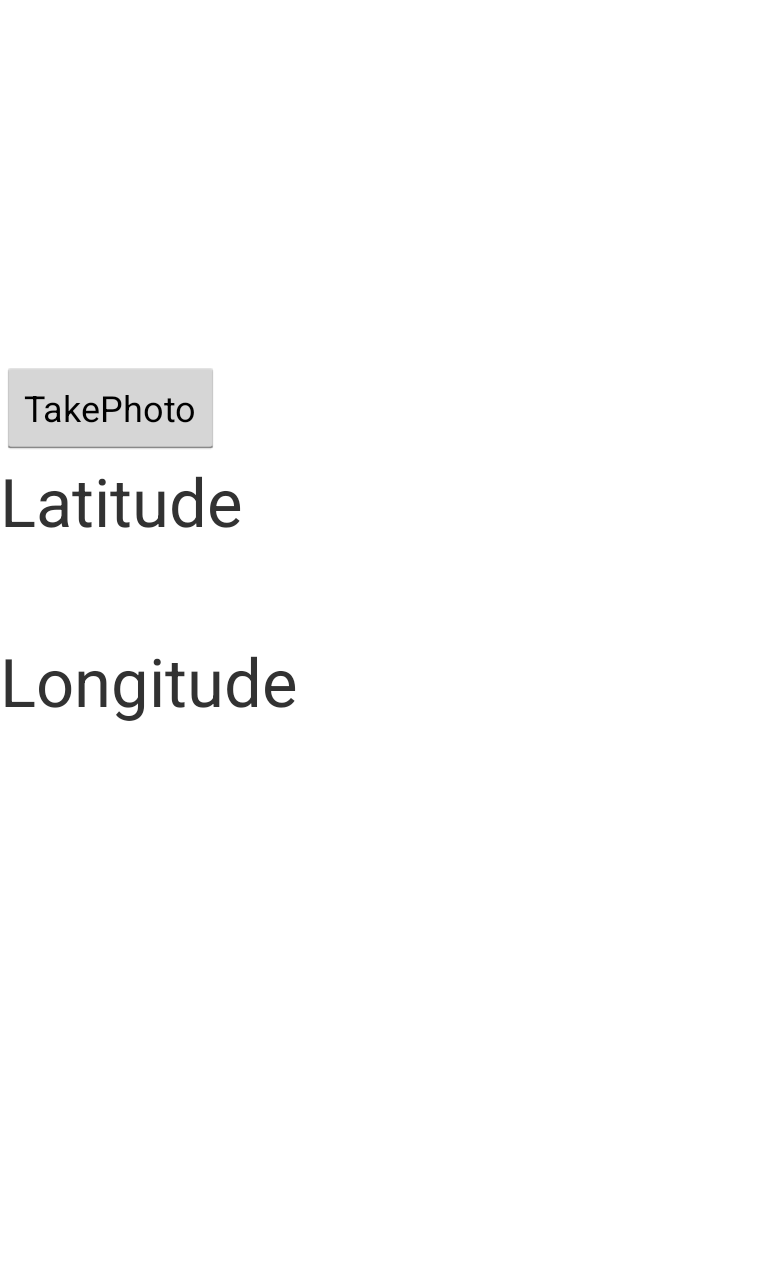
Repository: alokranjan04/ewireless5_practical
Layout: final_assignment/assignment2/res/layout/activity_main.xml
The author's editor kept a copy of each file at every save. The layout is drawn from the files as they stood at one save, then again after the next save.
It is drawn on a 768 x 1280 px phone screen (xhdpi) without system bars, with theme AppTheme; the app's code is not run.

Above is the layout before, as saved 2014-03-31 19:08:53.

After the next save:
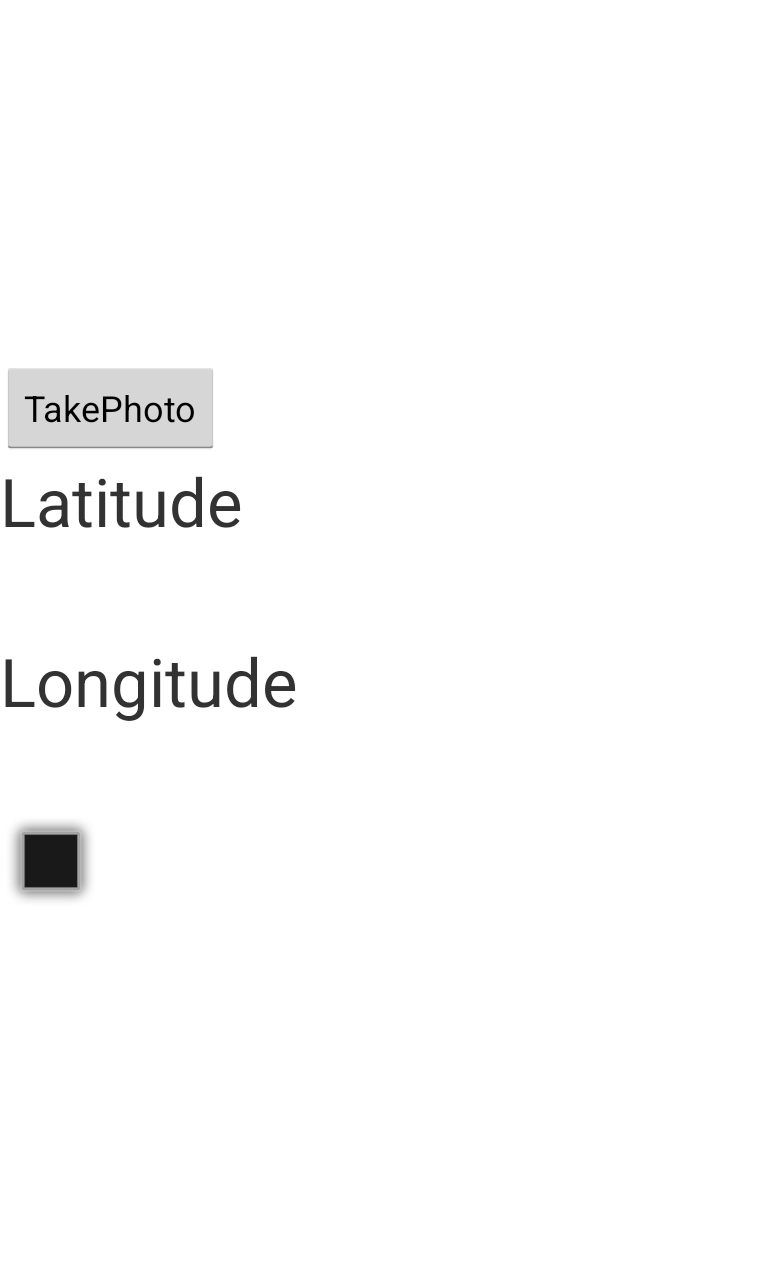
Saved 4 min 39 s later.
--- a/final_assignment/assignment2/res/layout/activity_main.xml
+++ b/final_assignment/assignment2/res/layout/activity_main.xml
@@ -62,4 +62,10 @@
         android:layout_height="wrap_content"
         android:textSize="15pt" />
 
+    <ImageView
+        android:id="@+id/thumbnail"
+        android:layout_width="wrap_content"
+        android:layout_height="wrap_content"
+        android:src="@android:drawable/alert_dark_frame" />
+
 </LinearLayout>
